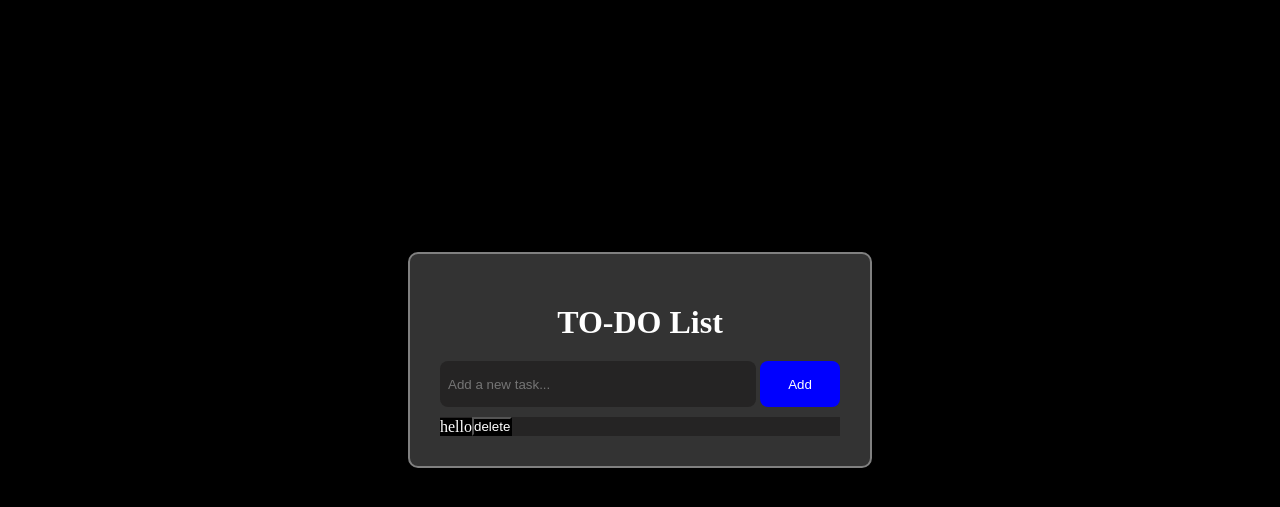
Repository: ksusmitha879-cyber/todo-list
Page: index.html
These files come from the project's save history. The page is drawn as it stood at one moment and after a run of saves; the edit follows.
The browser window is 1280 px wide. The pictures show the whole page.

Above is the page before, as saved 2025-11-28 02:37:52.

After the next 2 saves:
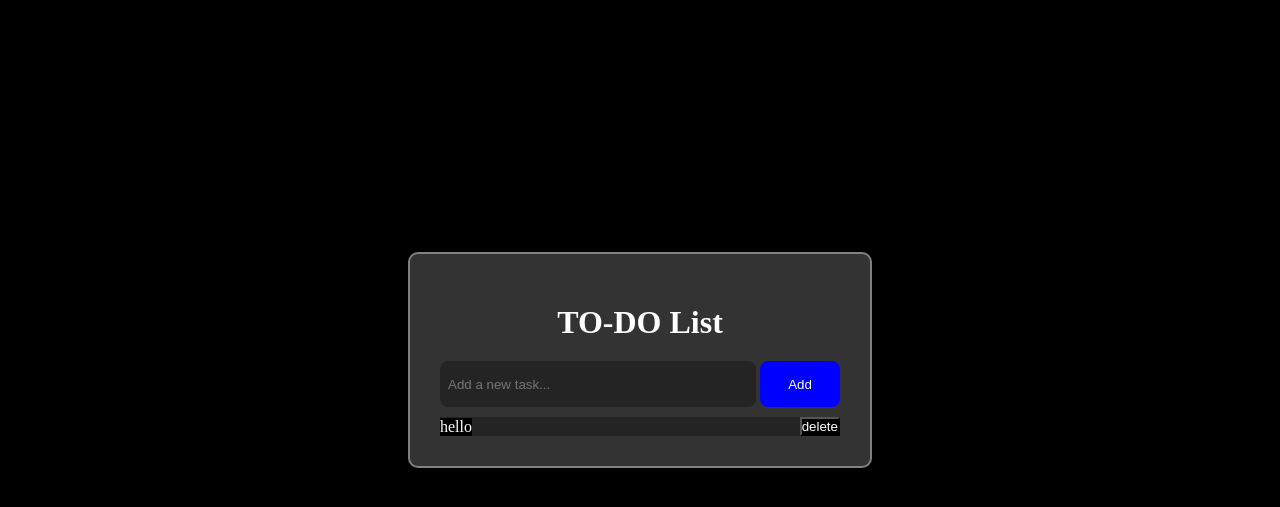
The 2 saves are shown as one change because they came seconds apart.
The last was saved 6 s later.
--- a/style.css
+++ b/style.css
@@ -59,5 +59,5 @@ li{
     margin-top: 10px;
     display: flex;
     align-items: center;
-    justify-content: ;
+    justify-content: space-between;
 }
